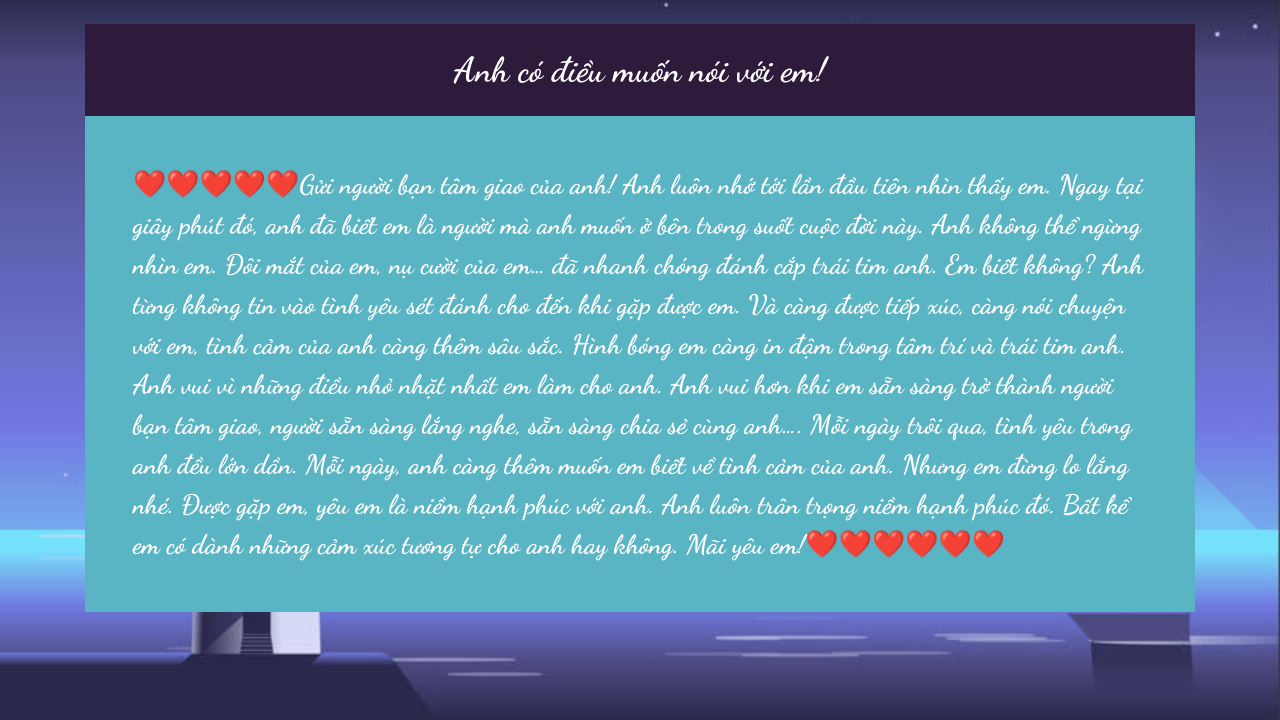
Repository: Trongcutephomaique/loiyeuthuong
Page: index2.html
The author's editor kept a copy of each file at every save. The page is drawn from the files as they stood at one save, then again after the next save.
The browser window is 1280 px wide. The pictures show the whole page.
Some web libraries are served in a nearby version.

Above is the page before, as saved 2022-01-21 19:02:34.
Not found: javascript/scrollMonitor.js

### index2.html
<!DOCTYPE html>
<html lang="en">
<head>
	<meta charset="UTF-8">
	<!-- 1. Thay đổi tiêu đề -->
	<title>Tâm thư gửi em !</title>
	<link rel="shortcut icon" href="img/heart.png" type="image/x-icon"/>
	<meta name="viewport" content="width=device-width, initial-scale=1, shrink-to-fit=no">
	<link rel="stylesheet" href="https://maxcdn.bootstrapcdn.com/bootstrap/4.0.0/css/bootstrap.min.css" integrity="sha384-Gn5384xqQ1aoWXA+058RXPxPg6fy4IWvTNh0E263XmFcJlSAwiGgFAW/dAiS6JXm" crossorigin="anonymous">
	<link href="https://fonts.googleapis.com/css?family=Dancing+Script:700" rel="stylesheet">
	<link rel="stylesheet" href="2.css">
	<link href="https://fonts.googleapis.com/css?family=Sacramento" rel="stylesheet">
	<link href="https://fonts.googleapis.com/css?family=Roboto+Condensed" rel="stylesheet">
	<script defer src="https://use.fontawesome.com/releases/v5.0.8/js/all.js"></script>
</head>
<body>
	<div class="container mt-4 layer">
		<div class="row">
			<div class="col-12">
				<div class="thu">
					<div class="thuTitle text-center">
						<!-- 2. Đây nữa -->
						<div class="something">Anh có điều muốn nói với em!</div>
					</div>
					<div class="content">
						<div class="tamthu p-5">
							<!-- 3. Đây nữa -->
							❤️❤️❤️❤️❤️Gửi người bạn tâm giao của anh! Anh luôn nhớ tới lần đầu tiên nhìn thấy em. Ngay tại giây phút đó, anh đã biết em là người mà anh muốn ở bên trong suốt cuộc đời này. Anh không thể ngừng nhìn em. Đôi mắt của em, nụ cười của em… đã nhanh chóng đánh cắp trái tim anh.
							Em biết không? Anh từng không tin vào tình yêu sét đánh cho đến khi gặp được em. Và càng được tiếp xúc, càng nói chuyện với em, tình cảm của anh càng thêm sâu sắc. Hình bóng em càng in đậm trong tâm trí và trái tim anh. Anh vui vì những điều nhỏ nhặt nhất em làm cho anh. Anh vui hơn khi em sẵn sàng trở thành người bạn tâm giao, người sẵn sàng lắng nghe, sẵn sàng chia sẻ cùng anh….
							Mỗi ngày trôi qua, tình yêu trong anh đều lớn dần. Mỗi ngày, anh càng thêm muốn em biết về tình cảm của anh. Nhưng em đừng lo lắng nhé. Được gặp em, yêu em là niềm hạnh phúc với anh. Anh luôn trân trọng niềm hạnh phúc đó. Bất kể em có dành những cảm xúc tương tự cho anh hay không.

							Mãi yêu em!❤️❤️❤️❤️❤️❤️
						</div>

					</div>
				</div>
			</div>
		</div>
	</div>
	<script src="javascript/charming.js"></script>
	<script src="javascript/anime.js"></script>
	<script src="javascript/scrollMonitor.js"></script>
	<script src="javascript/myscript2.js"></script>
</body>
</html>

### javascript/charming.js
!function(e){if("object"==typeof exports&&"undefined"!=typeof module)module.exports=e();else if("function"==typeof define&&define.amd)define([],e);else{var r;r="undefined"!=typeof window?window:"undefined"!=typeof global?global:"undefined"!=typeof self?self:this,r.charming=e()}}(function(){return function e(r,n,t){function o(f,a){if(!n[f]){if(!r[f]){var u="function"==typeof require&&require;if(!a&&u)return u(f,!0);if(i)return i(f,!0);var d=new Error("Cannot find module '"+f+"'");throw d.code="MODULE_NOT_FOUND",d}var l=n[f]={exports:{}};r[f][0].call(l.exports,function(e){var n=r[f][1][e];return o(n?n:e)},l,l.exports,e,r,n,t)}return n[f].exports}for(var i="function"==typeof require&&require,f=0;f<t.length;f++)o(t[f]);return o}({1:[function(e,r,n){r.exports=function(e,r){function n(e){for(var r=e.parentNode,n=e.nodeValue,a=t?n.split(t):n,u=a.length,d=-1;++d<u;){var l=document.createElement(o);i&&(l.className=i+f,f++),l.appendChild(document.createTextNode(a[d])),l.setAttribute("aria-hidden","true"),r.insertBefore(l,e)}""!==n.trim()&&r.setAttribute("aria-label",n),r.removeChild(e)}r=r||{},e.normalize();var t=r.splitRegex,o=r.tagName||"span",i=null!=r.classPrefix?r.classPrefix:"char",f=1;!function e(r){if(r.nodeType===Node.TEXT_NODE)return n(r);var t=Array.prototype.slice.call(r.childNodes),o=t.length;if(1===o&&t[0].nodeType===Node.TEXT_NODE)return n(t[0]);for(var i=-1;++i<o;)e(t[i])}(e)}},{}]},{},[1])(1)});

### javascript/myscript2.js
var title = document.querySelector('.something');
charming(title);
title.addEventListener('mouseenter', function(){
	anime({
		targets: '.something span',
		translateY: [-3,-2],
		translateX: [-3,-2],
		delay: function(el, i) {
			return i*10;
		},
		color: ["#fff","#fff"],
		duration: 200,
	})
});

title.addEventListener('click', function(){
	anime({
		targets: '.something span',
		translateY: [-3,-2],
		translateX: [-3,-2],
		delay: function(el, i) {
			return i*10;
		},
		color: ["#fff","#fff"],
		duration: 200,
	})
});

title.addEventListener('mouseleave', function(){
	anime({
		targets: '.something span',
		translateY: [0,-2],
		translateX: [0,-2],
		delay: function(el, i) {
			return i*10;
		},
		color: ["#fff","#fff"],
		duration: 200,
		direction: 'reverse'
	})
});

var final = document.querySelector('.layer');
final.insertAdjacentHTML('beforebegin', '<div class="iloveyou"></div>');
var test = document.querySelector('.iloveyou');
test.appendChild(final);
test.insertAdjacentHTML('beforeend', '<div class="mask"></div>')
var mask = document.querySelector('.mask');
var thu = document.querySelector('.thu');
mask.style.transformOrigin = "0% 50%";
mask.style.transform = "scaleX(0)";
thu.style.opacity= "0";

window.onload = function() {
	var okdone = anime({
		delay: 300,
		targets: mask,
		scaleX: 1,
		duration: 500,
		easing: 'easeInOutQuint',
		complete: function() {
			thu.style.opacity= "1";
			mask.style.transformOrigin = "100% 50%";
			var back = anime({
				delay: 200,
				targets: mask,
				scaleX: 0,
				duration: 500,
				easing: 'easeInOutQuint'
			})
		}
	});
};

Loaded but not shown: 2.css (common file); javascript/anime.js (993 lines, source omitted)

After the next save:
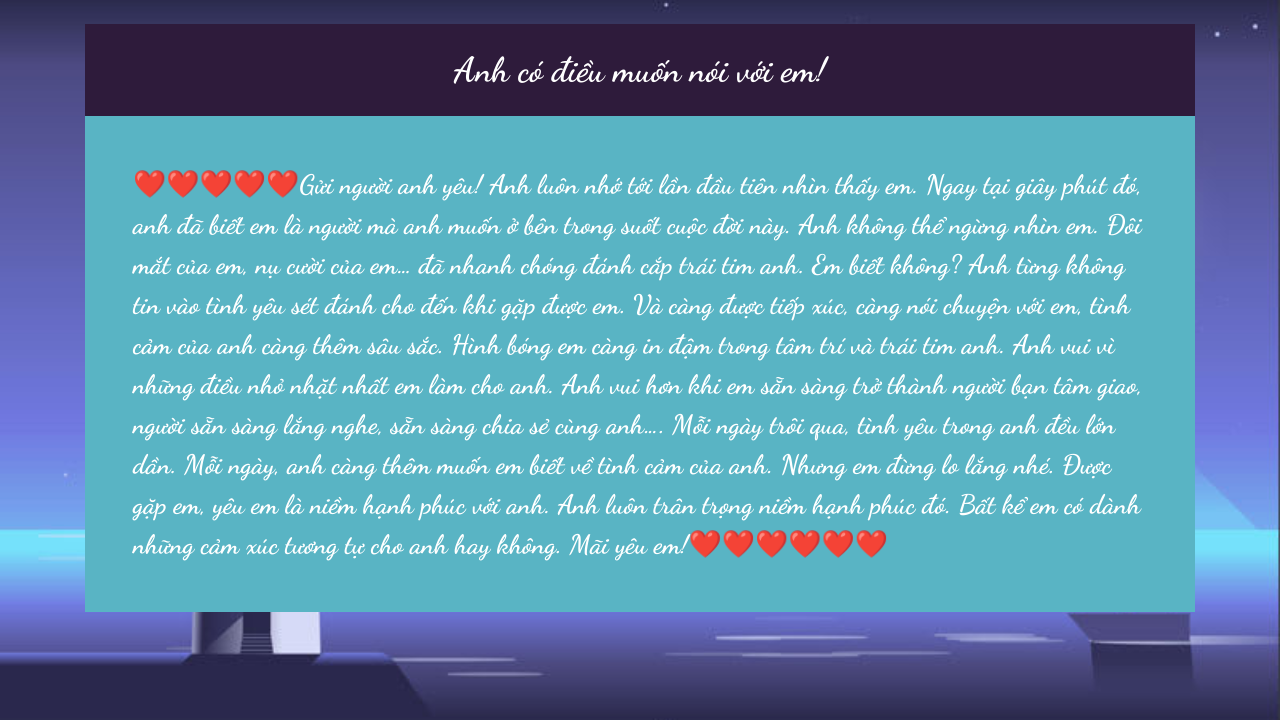
Saved 3 min 41 s later.
--- a/index2.html
+++ b/index2.html
@@ -25,7 +25,7 @@
 					<div class="content">
 						<div class="tamthu p-5">
 							<!-- 3. Đây nữa -->
-							❤️❤️❤️❤️❤️Gửi người bạn tâm giao của anh! Anh luôn nhớ tới lần đầu tiên nhìn thấy em. Ngay tại giây phút đó, anh đã biết em là người mà anh muốn ở bên trong suốt cuộc đời này. Anh không thể ngừng nhìn em. Đôi mắt của em, nụ cười của em… đã nhanh chóng đánh cắp trái tim anh.
+							❤️❤️❤️❤️❤️Gửi người anh yêu! Anh luôn nhớ tới lần đầu tiên nhìn thấy em. Ngay tại giây phút đó, anh đã biết em là người mà anh muốn ở bên trong suốt cuộc đời này. Anh không thể ngừng nhìn em. Đôi mắt của em, nụ cười của em… đã nhanh chóng đánh cắp trái tim anh.
 							Em biết không? Anh từng không tin vào tình yêu sét đánh cho đến khi gặp được em. Và càng được tiếp xúc, càng nói chuyện với em, tình cảm của anh càng thêm sâu sắc. Hình bóng em càng in đậm trong tâm trí và trái tim anh. Anh vui vì những điều nhỏ nhặt nhất em làm cho anh. Anh vui hơn khi em sẵn sàng trở thành người bạn tâm giao, người sẵn sàng lắng nghe, sẵn sàng chia sẻ cùng anh….
 							Mỗi ngày trôi qua, tình yêu trong anh đều lớn dần. Mỗi ngày, anh càng thêm muốn em biết về tình cảm của anh. Nhưng em đừng lo lắng nhé. Được gặp em, yêu em là niềm hạnh phúc với anh. Anh luôn trân trọng niềm hạnh phúc đó. Bất kể em có dành những cảm xúc tương tự cho anh hay không.
 
